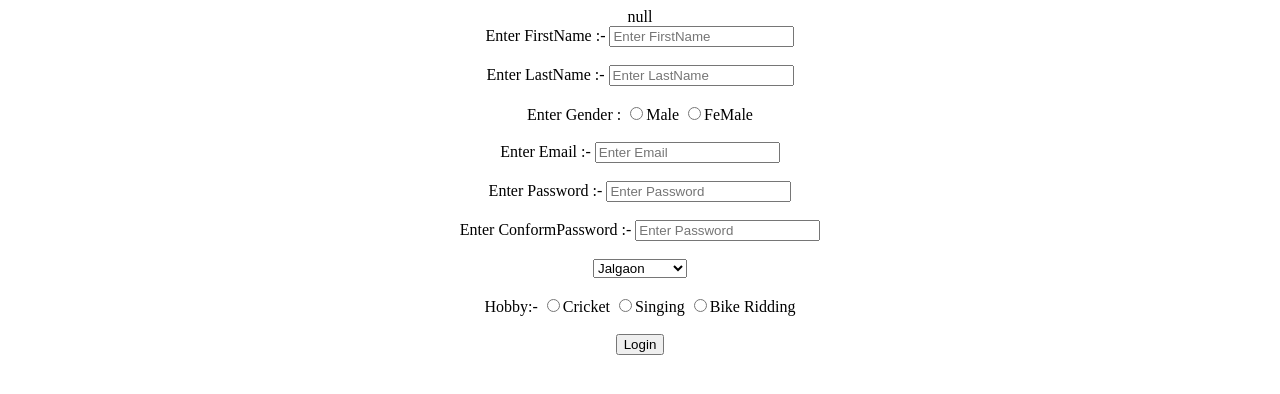
Repository: shzkhar/ISM_ADV_JAVA_23
Page: http://localhost/JSPRegiDemo/Regi.jsp
These files come from the project's save history. The page is drawn as it stood at one moment and after the next save; the edit follows.
The browser window is 1280 px wide. The pictures show the whole page.
The page is served by Tomcat 9.

Above is the page before, as saved 2023-04-02 13:23:16.

After the next save:
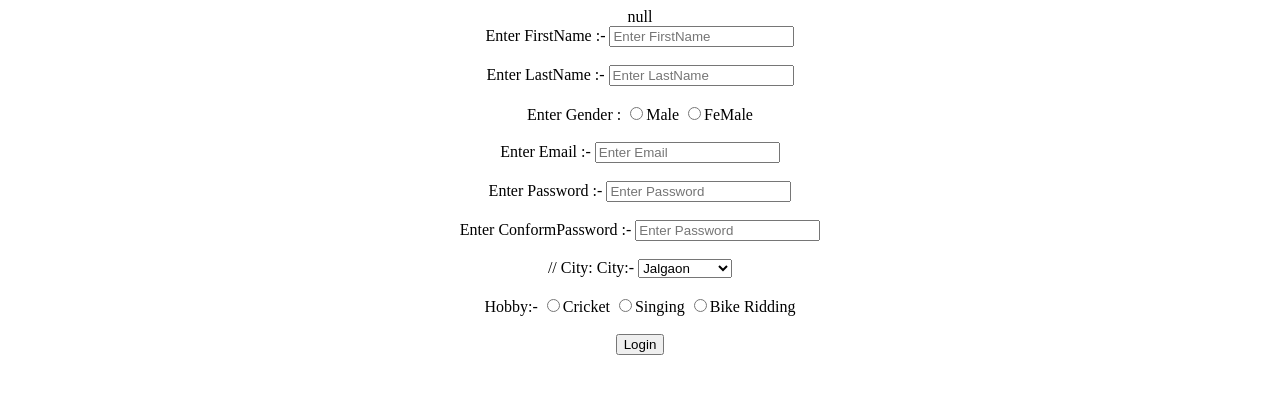
Saved 24 s later.
--- a/JSPRegiDemo/src/main/webapp/Regi.jsp
+++ b/JSPRegiDemo/src/main/webapp/Regi.jsp
@@ -19,8 +19,8 @@
             Enter Password :- <input type="password" name="pass" placeholder="Enter Password"/><br><br>
             Enter ConformPassword :- <input type="password" name="cnfpass" placeholder="Enter Password"/><br><br>
 
-
-                  <select  name="city">City  :-
+           // <label for="City">City:</label>
+                 City:-  <select  name="city">
                       <option value="city">Jalgaon</option>
                       <option value=city">Pune</option>
                       <option value="city">Mumbai</option>
